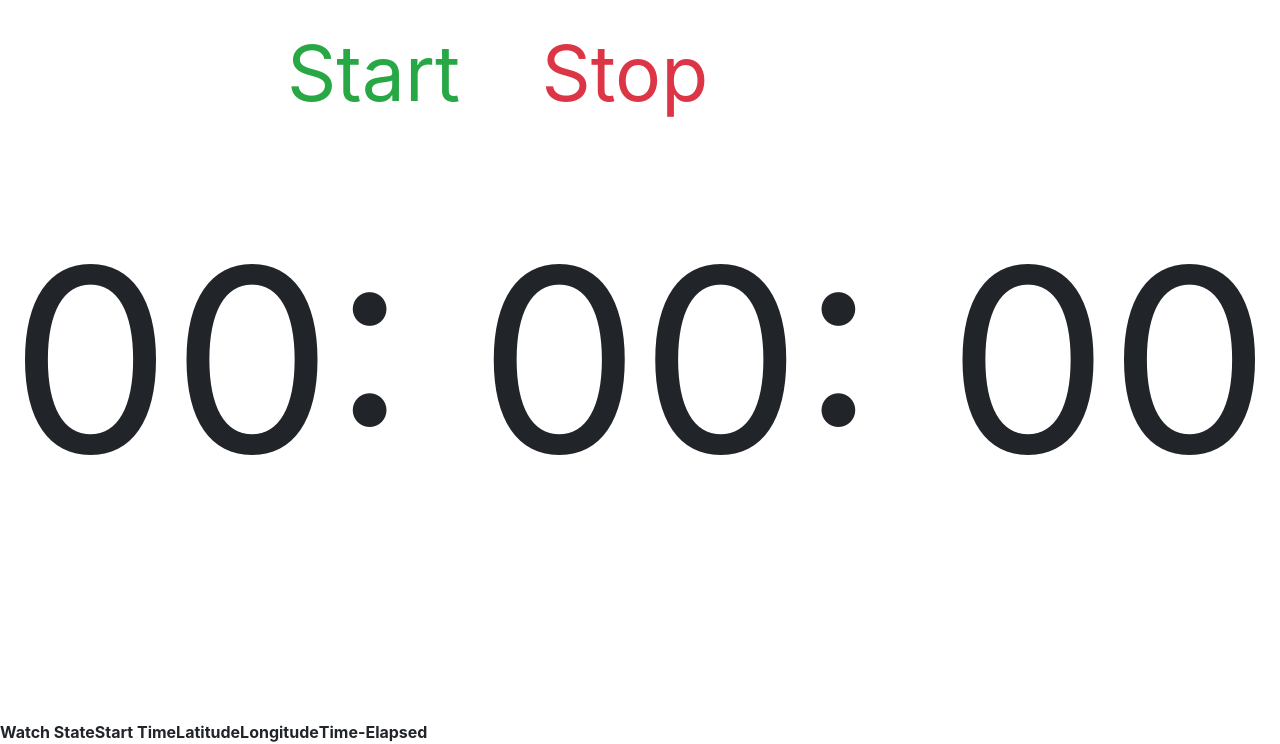
Repository: ranjith-gampa/simpleStopWatch
Page: index.html
The author's editor kept a record of every edit. The page is drawn from the files as they stood at one moment, then again after the next edit.
The browser window is 1280 px wide. The pictures show the whole page.
The pointer rests on the first visible `.button-reset`.

Above is the page before.

### index.html
<!DOCTYPE html>
<html lang="en-us">

<head>
	<title> GeoStopWatch </title>
	<link rel="stylesheet" href="https://maxcdn.bootstrapcdn.com/bootstrap/4.0.0-beta.2/css/bootstrap.min.css" integrity="sha384-PsH8R72JQ3SOdhVi3uxftmaW6Vc51MKb0q5P2rRUpPvrszuE4W1povHYgTpBfshb" crossorigin="anonymous">
	<link rel = "stylesheet" href = "geostopwatch.css" type="text/css"/>

</head>
<body>
	<nav class="controls">
			<a href="#" class="button-start" onClick="stopwatch.start();">Start</a>
			<a href="#" class="button-stop" onClick="stopwatch.stop();">Stop</a>
			<a href="#" class="button-reset" onClick="stopwatch.clear();">Reset</a>
	</nav>
	<div class="stopwatch"></div>
	<table id="myTable">
      <thead>
        <th>Watch State</th>
        <th>Start Time</th>
        <th>Latitude</th>
        <th>Longitude</th>
        <th>Time-Elapsed</th>
      </thead>
    </table>
	<!--<ul class="results"></ul>-->
	<script type="text/javascript" src="stopwatchscript.js"></script>
</body>

</html>

### geostopwatch.css
* {
  margin: 0;
  padding: 0;
}

html {
  background: #333;
  color: #bbb;
  font-family: Menlo;
}

.controls {
  position: fixed;
  text-align: center;
  top: 1em;
  width: 100%;
}

.button-start {
  color: #28a745;
  font-size: 6vw;
  margin: 0 0.5em;
  text-decoration: none;
  margin-left: 0;
}

.button-stop {
  color: #dc3545;
  font-size: 6vw;
  margin: 0 0.5em;
  text-decoration: none;
}

.button-reset {
  color: #007bff;
  font-size: 6vw;
  margin: 0 0.5em;
  text-decoration: none;
  margin-right: 0;
}

.button:first-child {
    margin-left: 0;
}

.button:last-child {
    margin-right: 0;
}

.button-start:hover {
  color: #28a745;
}

.button-stop:hover {
  color: #dc3545;
}

.button-reset:hover {
  color: white;
}

.stopwatch {
  font-size: 20vw;
  height: 100%;
  line-height: 100vh;
  text-align: center;
}

.results {
  border-color: lime;
  list-style: none;
  margin: 0;
  padding: 0;
  position: absolute;
  bottom: 0;
  left: 50%;
  transform: translateX(-50%);
}

### stopwatchscript.js
class Stopwatch {

    constructor(display, results) {
        this.running = false;
        this.display = display;
        this.results = results;
        this.reset();
        this.print(this.times);
        if(localStorage.getItem("arr") === null){
            this.arr = [];
        }
        else{
            this.arr = localStorage.getItem("arr");
        }
    }

    reset() {
        this.times = [ 0, 0, 0 ];
        this.display.innerText = this.format([0,0,0]);
    }

    start() {
        if (!this.time) this.time = performance.now();
        this.prev = this.time
        if(!this.running){
            var watchState = "watch-started";
            geoFindMe(watchState);
        }
        if (!this.running) {
            this.running = true;
            requestAnimationFrame(this.step.bind(this));
        }
    }

    stop() {
        if(this.running){
            geoFindMe("watch-stopped", this.time, this.prev);
        }
        this.running = false;
        this.time = null;

    }

    restart() {
        if (!this.time) this.time = performance.now();
        if (!this.running) {
            this.running = true;
            requestAnimationFrame(this.step.bind(this));
        }
        this.reset();
    }

    clear() {
        clearChildren(this.myTable);
    }

    step(timestamp) {
        if (!this.running) return;
        this.calculate(timestamp);
        this.time = timestamp;
        this.print();
        requestAnimationFrame(this.step.bind(this));
    }

    calculate(timestamp) {
        var diff = timestamp - this.time;
        // Hundredths of a second are 100 ms
        this.times[2] += diff / 10;
        // Seconds are 100 hundredths of a second
        if (this.times[2] >= 100) {
            this.times[1] += 1;
            this.times[2] -= 100;
        }
        // Minutes are 60 seconds
        if (this.times[1] >= 60) {
            this.times[0] += 1;
            this.times[1] -= 60;
        }
    }

    print() {
        this.display.innerText = this.format(this.times);
    }

    format(times) {
        return `\
            ${pad0(times[0], 2)}:\
            ${pad0(times[1], 2)}:\
            ${pad0(Math.floor(times[2]), 2)}`;
    }

    saveToLocal(info){
        this.arr.push(info);
    }
}

function pad0(value, count) {
    var result = value.toString();
    for (; result.length < count; --count)
        result = '0' + result;
    return result;
}

function clearChildren(table) {
    while(table.rows.length > 0) {
        table.deleteRow(0);
    }
}

function stopwatchInfo(watchState, startTime, latitude, longitude, timeElapsed ){
    this.watchState = watchState;
    this.startTime = startTime;
    this.latitude = latitude;
    this.longitude = longitude;
    this.timeElapsed = timeElapsed;
}

//console.log("Previous Elements count:- "+localStorage.getItem("arr").length)
let stopwatch = new Stopwatch(
    document.querySelector('.stopwatch'),
    document.querySelector('.myTable'));

function geoFindMe(state, current, prev) {
  var table = document.getElementById("myTable");

  if (!navigator.geolocation){
    //output.innerHTML = "<p>Geolocation is not supported by your browser</p>";
    return;
  }

  function success(position) {
    var latitude  = position.coords.latitude;
    var longitude = position.coords.longitude;
    var tableRef = document.getElementById('myTable').getElementsByTagName('tbody')[0];
    var row   = tableRef.insertRow(tableRef.rows.length);
    var cell1 = row.insertCell(0);
    var cell2 = row.insertCell(1);
    var cell3 = row.insertCell(2);
    var cell4 = row.insertCell(3);
    var cell5 = row.insertCell(4);

    cell1.innerHTML = state;
    cell2.innerHTML = new Date();
    cell3.innerHTML = latitude;
    cell4.innerHTML = longitude;
    if(state === "watch-stopped"){
        var num = (current - prev)/1000
        var diff = Math.round( num * 1000 + Number.EPSILON ) / 1000
        cell5.innerHTML = diff + "s";
         arr.push(new stopwatchInfo(state, new Date(), latitude, longitude, diff))
         localStorage.setItem("arr", arr);
    }
    saveToLocal(new stopwatchInfo(state, new Date(), latitude, longitude));

  }

  function error() {
    //output.innerHTML = "Unable to retrieve your location";
  }


  navigator.geolocation.getCurrentPosition(success, error);
}

After the next edit:
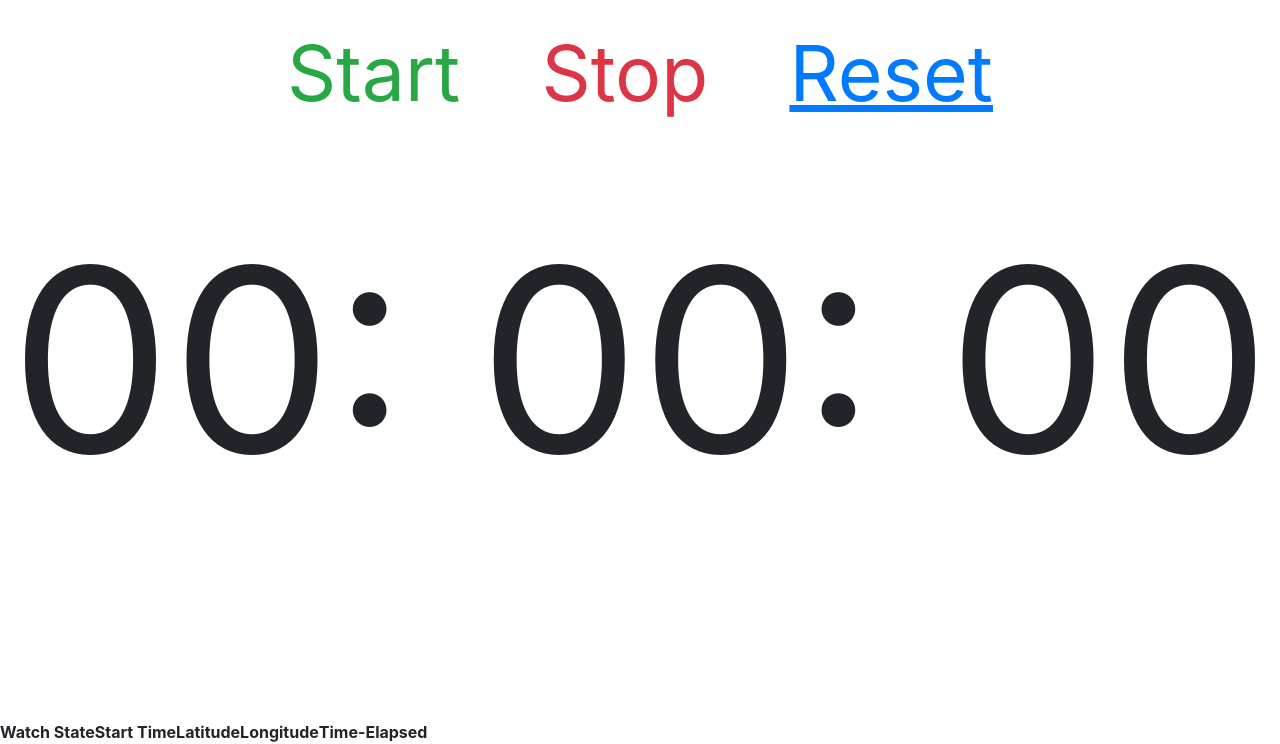
The edit:
--- a/geostopwatch.css
+++ b/geostopwatch.css
@@ -56,7 +56,7 @@
 }
 
 .button-reset:hover {
-  color: white;
+  color: #007bff;
 }
 
 .stopwatch {
